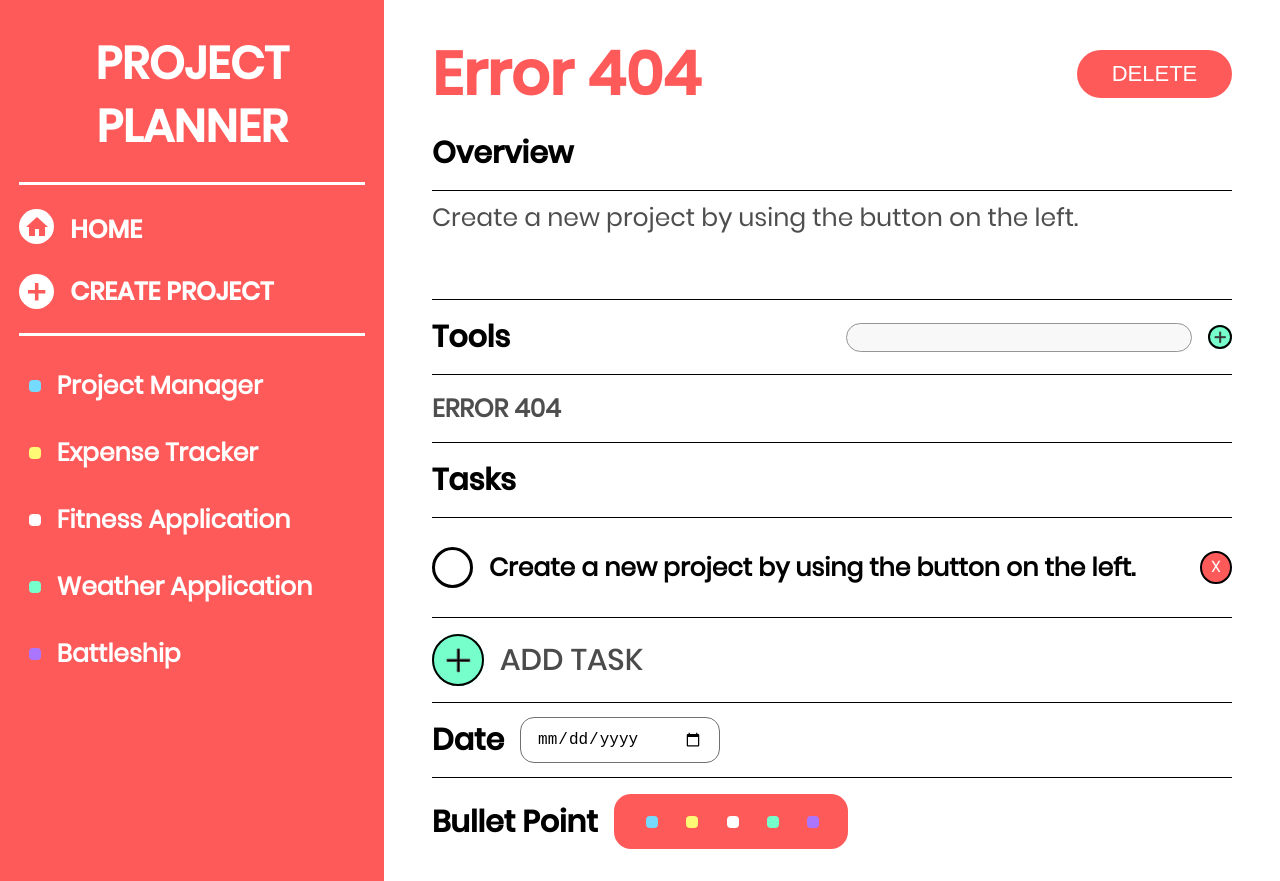
Repository: AzharMoosa/project-manager
Page: /project
These files come from the project's save history. The page is drawn as it stood at one moment and after a run of saves; the edit follows.
The browser window is 1280 px wide. The pictures show the whole page.
The project was rebuilt for these pictures with package versions that can differ from the ones it lists, and the page was loaded fresh each time. A package was used in the major version that the imports need, not the one package.json lists. Also part of the build but not shown: src/components/home/ProgressBar.js, src/components/home/ProjectProgress.js, src/components/home/Home.js.

Above is the page before, as saved 2020-06-25 14:07:08.

### public/index.html
<!DOCTYPE html>
<html lang="en">
  <head>
    <meta charset="utf-8" />
    <link rel="icon" href="%PUBLIC_URL%/favicon.ico" />
    <meta name="viewport" content="width=device-width, initial-scale=1" />
    <meta name="theme-color" content="#000000" />
    <meta
      name="description"
      content="Web site created using create-react-app"
    />
    <link rel="apple-touch-icon" href="%PUBLIC_URL%/logo192.png" />

    <link rel="manifest" href="%PUBLIC_URL%/manifest.json" />

    <title>Project Planner</title>
  </head>
  <body>
    <noscript>You need to enable JavaScript to run this app.</noscript>
    <div id="root"></div>
  </body>
</html>

### src/App.js
import React from "react";
import Sidebar from "./components/sidebar/Siebar";
import Main from "./components/Main";
import Modal from "./components/modal/Modal";
import { ProjectProvider } from "./ProjectContext";
import { SelectedProjectProvider } from "./SelectedProjectContext";
import { BrowserRouter } from "react-router-dom";

import "./App.css";

function App() {
  return (
    <BrowserRouter>
      <ProjectProvider>
        <SelectedProjectProvider>
          <div className='container'>
            <Sidebar />
            <Main />
            <Modal />
          </div>
        </SelectedProjectProvider>
      </ProjectProvider>
    </BrowserRouter>
  );
}

export default App;

### src/components/sidebar/Siebar.js
import React from "react";
import Header from "./Header";
import ProjectList from "../project-list/ProjectList";

const Siebar = () => {
  return (
    <div className='sidebar'>
      <Header />
      <ProjectList />
    </div>
  );
};

export default Siebar;

### src/components/Main.js
import React from "react";
import { Switch, Route } from "react-router-dom";
import Home from "./home/Home";
import CurrentProject from "./current-project/CurrentProject";

const Main = () => {
  return (
    <Switch>
      <Route exact path='/' component={Home}></Route>
      <Route exact path='/project' component={CurrentProject}></Route>
    </Switch>
  );
};

export default Main;

### src/components/modal/Modal.js
import React, { useContext, useState } from "react";
import { ProjectContext } from "../../ProjectContext";

const Modal = () => {
  // eslint-disable-next-line
  const [projects, setProjects] = useContext(ProjectContext);
  const [projectTitle, setProjectTitle] = useState("");
  const [projectOverview, setProjectOverview] = useState("");

  const hidePopup = () => {
    let popup = document.querySelector(".create-project-popup");
    popup.classList.add("hide");
  };

  const createProject = (e) => {
    if (projectTitle === "") {
      return;
    }
    e.preventDefault();
    let newProject = {
      name: projectTitle,
      overview: projectOverview,
      tools: [],
      progress: 0,
      tasks: [],
      color: "white",
      date: "",
      id: Math.floor(Math.random() * 100),
    };
    setProjects((projects) => [...projects, newProject]);
    setProjectTitle("");
    setProjectOverview("");
    clearTitleInput();
    clearOverviewInput();
    hidePopup();
  };

  const clearTitleInput = () => {
    let titleInput = document.querySelector(".title-input");
    titleInput.value = "";
  };

  const clearOverviewInput = () => {
    let overviewInput = document.querySelector(".overview-input");
    overviewInput.value = "";
  };

  return (
    <div className='create-project-popup hide'>
      <div className='create-project-popup-content'>
        <h1>CREATE PROJECT</h1>
        <form className='form-input'>
          <label htmlFor='title'>PROJECT TITLE</label>
          <input
            type='text'
            onChange={(e) => setProjectTitle(e.target.value)}
            className='title-input'
          />
          <label htmlFor='title'>PROJECT OVERVIEW</label>
          <textarea
            type='text'
            onChange={(e) => setProjectOverview(e.target.value)}
            className='overview-input'
          />
          <button className='create-btn' onClick={createProject}>
            CREATE
          </button>
        </form>
      </div>
    </div>
  );
};

export default Modal;

### src/ProjectContext.js
import React, { useState, createContext } from "react";

export const ProjectContext = createContext();

export const ProjectProvider = (props) => {
  const [projects, setProjects] = useState([
    {
      name: "Project Manager",
      overview:
        "A project management application which allows you to plan personal projects and track its progress.  Create detail plans of projects before developing projects.",
      tools: ["HTML", "CSS", "JAVASCRIPT", "REACT"],
      progress: 57,
      tasks: [
        { task: "Create Project Plans", complete: true, id: 1 },
        { task: "Todo List for Each Project", complete: false, id: 2 },
        { task: "Track Progress", complete: true, id: 3 },
        { task: "Priority List", complete: true, id: 4 },
        { task: "Choose Tools In Each Project", complete: false, id: 5 },
        { task: "Clean And Simple Design", complete: true, id: 6 },
        { task: "Use REACT", complete: false, id: 7 },
      ],
      color: "blue",
      date: "2020-06-26",
      id: 28392,
    },

    {
      name: "Expense Tracker",
      overview:
        "A expense tracker application which allows you to budget and track your savings.  Track what expenses you have.",
      tools: ["HTML", "CSS", "JAVASCRIPT", "REACT"],
      progress: 60,
      tasks: [
        { task: "Expenses In And Out", complete: true, id: 1 },
        { task: "Current Balance", complete: false, id: 2 },
        { task: "Highest Money Out", complete: true, id: 3 },
        { task: "Clean And Simple Design", complete: true, id: 4 },
        { task: "Use REACT", complete: false, id: 5 },
      ],
      color: "yellow",
      date: "",
      id: 2032,
    },

    {
      name: "Fitness Application",
      overview:
        "A fitness application which can track workouts and meal plans. Plan exercise routines and meal plans all in one hub.",
      tools: [
        "HTML",
        "CSS",
        "JAVASCRIPT",
        "REACT",
        "NODEJS",
        "EXPRESS",
        "MONGODB",
      ],
      progress: 50,
      tasks: [
        { task: "Exercise Plan", complete: true, id: 1 },
        { task: "Diet Plan", complete: false, id: 2 },
        { task: "Clean And Simple Design", complete: true, id: 3 },
        { task: "Use REACT", complete: false, id: 4 },
      ],
      color: "white",
      date: "2020-09-30",
      id: 203234,
    },

    {
      name: "Weather Application",
      overview:
        "A weather application which can track weather and climate. See weather and climate for different locations all around the world.",
      tools: ["HTML", "CSS", "JAVASCRIPT", "REACT", "ADOBE XD"],
      progress: 50,
      tasks: [
        { task: "Weather", complete: true, id: 1 },
        { task: "Temp, Humidity, Pressure", complete: false, id: 2 },
        { task: "Clean And Simple Design", complete: true, id: 3 },
        { task: "Use REACT", complete: false, id: 4 },
      ],
      color: "green",
      date: "2020-16-12",
      id: 20327734,
    },

    {
      name: "Battleship",
      overview: "Battleship created in REACT and using Javascript Testing.",
      tools: ["HTML", "CSS", "JAVASCRIPT", "REACT", "ADOBE XD", "JEST"],
      progress: 100,
      tasks: [
        { task: "Battleship Game", complete: true, id: 1 },
        { task: "Using Testing", complete: true, id: 2 },
        { task: "Clean And Simple Design", complete: true, id: 3 },
        { task: "Use REACT", complete: true, id: 4 },
      ],
      color: "purple",
      date: "",
      id: 2027734,
    },
  ]);

  return (
    <ProjectContext.Provider value={[projects, setProjects]}>
      {props.children}
    </ProjectContext.Provider>
  );
};

### src/SelectedProjectContext.js
import React, { useState, createContext } from "react";

export const SelectedProjectContext = createContext();

export const SelectedProjectProvider = (props) => {
  const [selectedProject, setSelectedProject] = useState({
    name: "Error 404",
    overview: "Create a new project by using the button on the left.",
    tools: ["Error 404"],
    progress: 0,
    tasks: [
      {
        task: "Create a new project by using the button on the left.",
        id: 1,
        complete: false,
      },
    ],
    color: "",
    date: "",
    id: 21,
  });

  return (
    <SelectedProjectContext.Provider
      value={[selectedProject, setSelectedProject]}
    >
      {props.children}
    </SelectedProjectContext.Provider>
  );
};

### src/App.css
:root {
  --red: #ff5a5a;
  --green: #76ffca;
  --blue: #76daff;
  --yellow: #fffa76;
  --purple: #ab76ff;
}

/* CSS RESET */

* {
  margin: 0;
  padding: 0;
  box-sizing: border-box;
}

/* Fonts */

@font-face {
  font-family: "Poppins-Med";
  src: url("./fonts/Poppins-Medium.ttf");
}

@font-face {
  font-family: "Poppins-Reg";
  src: url("./fonts/Poppins-Regular.ttf");
}

/* Body */

body {
  font-family: "Poppins-Reg";
  line-height: 1.4;
}

/* Utilities */

/* Bullet Points */

.white:before,
.blue:before,
.yellow:before,
.green:before,
.purple:before {
  content: " ";
  height: 12px;
  width: 12px;
  margin-right: 1rem;
  border-radius: 4px;
}

.blue:before {
  background-color: var(--blue);
}

.yellow:before {
  background-color: var(--yellow);
}

.green:before {
  background-color: var(--green);
}

.purple:before {
  background-color: var(--purple);
}

.white:before {
  background-color: #fff;
}

/* Container */
.container {
  display: flex;
}

/* Sidebar */
.sidebar {
  width: 30vw;
  background-color: var(--red);
  min-height: 100vh;
  color: #fff;
}

.title {
  font-size: 45px;
  font-family: "Poppins-Med";
  text-align: center;
  padding-top: 2rem;
}

.nav-btns::after,
.nav-btns:before {
  content: " ";
  display: block;
  border-bottom: 3px solid #fff;
  width: 100%;
  margin: 1.5rem auto;
}

.nav-btns {
  width: 90%;
  margin: auto;
}

.home-btn,
.create-project-btn {
  display: flex;
  align-items: center;
  margin-top: 1.5rem;
}

.home-btn h3,
.create-project-btn h3 {
  margin-left: 1rem;
  font-family: "Poppins-Med";
  font-size: 25px;
}

.home-btn svg,
.create-project-btn svg {
  cursor: pointer;
}

/* Home */

.home {
  width: 70vw;
  display: flex;
  flex-direction: column;
}

.home-title {
  font-size: 80px;
  font-family: "Poppins-Med";
  color: var(--red);
  text-align: center;
  margin-top: 1rem;
}

.home-title:after {
  content: " ";
  display: block;
  border-bottom: 5px solid var(--red);
  width: 342px;
  margin: 0 auto 1.5rem auto;
}

/* Selected Project */

.selected-project {
  width: 70vw;
  display: flex;
  flex-direction: column;
  padding: 2rem 3rem;
}

.selected-project-head {
  display: flex;
  align-items: center;
  justify-content: space-between;
}

.selected-project-title {
  color: var(--red);
  font-size: 60px;
  font-family: "Poppins-Med";
}

.selected-project h3 {
  font-size: 30px;
  font-family: "Poppins-Med";
  margin-top: 1rem;
}

.selected-project-heading:after,
.tools:before {
  content: " ";
  display: block;
  border-bottom: 1px solid #000;
  padding: 0.5rem 0;
}

.overview {
  color: #4e4e4e;
  font-size: 25px;
  font-family: "Poppins-Reg";
  padding: 0.5rem 0;
  outline: none;
  border: none;
  resize: none;
}

.tools-head {
  display: flex;
  justify-content: space-between;
  align-items: center;
  border-bottom: 1px solid #000;
  padding-bottom: 1rem;
}

.tools-input {
  margin-top: 1rem;
  display: flex;
  justify-content: center;
  align-items: center;
}

.add-tools {
  width: 346px;
  height: 29px;
  background-color: #f8f8f8;
  border: 1px solid #959595;
  border-radius: 15px;
  margin-right: 1rem;
  font-size: 15px;
  outline: none;
  padding: 0 1rem;
}

.add-tool-btn {
  cursor: pointer;
}

.tools-body {
  text-transform: uppercase;
  border-bottom: 1px solid #000;
}

.tools-body h3 {
  font-family: "Poppins-Reg";
  padding-bottom: 1rem;
  color: #4e4e4e;
  font-size: 25px;
}

.tasks-title {
  display: flex;
  align-items: center;
  border-bottom: 1px solid #000;
  padding-bottom: 1rem;
}

.bullet-point {
  border-radius: 50%;
  width: 41px;
  height: 41px;
  border: 3px solid #000;
  cursor: pointer;
  margin-right: 1rem;
}

.complete {
  background: var(--blue);
}

.not-complete {
  background: #fff;
}

.task {
  display: flex;
  justify-content: space-between;
  align-items: center;
}

.task-name {
  width: 100%;
  display: flex;
  align-items: center;
}

.task-name h3 {
  font-size: 25px;
  font-family: "Poppins-Reg";
  margin-bottom: 1rem;
}

.tasks {
  margin: 1rem 0;
}

.delete-task-btn {
  cursor: pointer;
  border-radius: 50%;
  width: 33px;
  height: 33px;
  border: 2px solid #000;
  cursor: pointer;
  background-color: var(--red);
  color: #fff;
  display: flex;
  justify-content: center;
  align-items: center;
}

.add-tasks {
  border-top: 1px solid #000;
  border-bottom: 1px solid #000;
  padding: 1rem 0;
  display: flex;
  align-items: center;
}

.add-tasks input {
  background: transparent;
  font-family: "Poppins-Med";
  border: none;
  font-size: 30px;
  outline: none;
  color: #000;
  margin-left: 1rem;
}

.add-tasks input::placeholder {
  color: #000;
  opacity: 0.7;
}

.add-tasks-btn {
  cursor: pointer;
  outline: none;
}

.date {
  display: flex;
  align-items: center;
  border-bottom: 1px solid #000;
}

.date h3 {
  margin-bottom: 1rem;
  margin-right: 1rem;
}

.date input {
  width: 200px;
  height: 46px;
  border-radius: 14px;
  border: 1px solid #707070;
  padding: 0 1rem;
  font-size: 16px;
}

.bullet-point-selector {
  display: flex;
  align-items: center;
}

.bullet-point-selector-bg {
  width: 234px;
  height: 55px;
  background-color: var(--red);
  margin-left: 1rem;
  margin-top: 1rem;
  display: flex;
  align-items: center;
  justify-content: space-between;
  padding-left: 2rem;
  border-radius: 17px;
}

/* Project Sidebar List */

.project-side {
  width: 85%;
  margin: 2rem auto;
  display: flex;
  align-items: center;
  cursor: pointer;
}

.project-side h3 {
  font-size: 25px;
}

/* Progress Bar */
.progressbar {
  width: 90%;
  background-color: #fff;
  border: 2px solid #2f2f2f;
  border-radius: 17px;
  margin: 0 auto 2rem auto;
}

.progressbar > div {
  background-color: var(--green);
  height: 33px;
  border-radius: 17px;
}

.progressbar > div h3 {
  display: flex;
  justify-content: flex-end;
  align-items: center;
  line-height: 1.8;
  margin-right: 1rem;
}

/* Project List */

.project-title {
  width: 90%;
  margin: 1.2rem auto;
  display: flex;
  justify-content: space-between;
}

.project-title h3 {
  font-size: 25px;
  font-family: "Poppins-Med";
}

.project-title h4 {
  font-size: 20px;
  font-family: "Poppins-Reg";
  color: #505050;
}

/* Create Project Popup */

.hide {
  display: none !important;
}

.create-project-popup {
  display: flex;
  justify-content: center;
  align-items: center;
  position: fixed;
  z-index: 1;
  left: 0;
  top: 0;
  width: 100%;
  height: 100%;
  background-color: rgb(0, 0, 0);
  background-color: rgba(99, 99, 99, 0.6);
}

.create-project-popup-content {
  background-color: var(--red);
  padding: 20px;
  border: 3px solid #343434;
  min-width: 526px;
  min-height: 617px;
  color: #fff;
  -webkit-box-shadow: 10px 10px 6px 0px rgba(0, 0, 0, 0.75);
  -moz-box-shadow: 10px 10px 6px 0px rgba(0, 0, 0, 0.75);
  box-shadow: 10px 10px 6px 0px rgba(0, 0, 0, 0.75);
}

.create-project-popup-content h1 {
  text-align: center;
}

.create-project-popup-content h1:after {
  content: " ";
  display: block;
  border-bottom: 3px solid #fff;
  width: 250px;
  margin: 0 auto 1.5rem auto;
}

.form-input {
  width: 100%;
  display: flex;
  flex-direction: column;
  justify-content: center;
}

.form-input label {
  font-size: 25px;
  font-family: "Poppins-Med";
}

.form-input input {
  height: 46px;
  background-color: transparent;
  border: 2px solid #fff;
  outline: none;
  color: #fff;
  font-size: 21px;
  padding: 0 0.5rem;
  width: 100%;
  margin-bottom: 2rem;
}

.form-input textarea {
  height: 202px;
  background-color: transparent;
  border: 2px solid #fff;
  outline: none;
  color: #fff;
  font-size: 21px;
  padding: 0.5rem 0.5rem;
  width: 100%;
  margin-bottom: 2rem;
  font-family: "Poppins-Reg";
}

.create-btn {
  background-color: var(--green);
  width: 155px;
  height: 48px;
  border-radius: 24px;
  border: none;
  font-size: 22px;
  margin: 2rem auto 0 auto;
  cursor: pointer;
  outline: none;
}

.delete-btn {
  background-color: var(--red);
  width: 155px;
  height: 48px;
  border-radius: 24px;
  border: none;
  font-size: 22px;
  cursor: pointer;
  outline: none;
  color: #fff;
}

### src/components/sidebar/Header.js
import React, { useContext } from "react";
import { SelectedProjectContext } from "../../SelectedProjectContext";
import { ProjectContext } from "../../ProjectContext";
import { Link } from "react-router-dom";

const Header = () => {
  // eslint-disable-next-line
  const [selectedProject, setSelectedProject] = useContext(
    SelectedProjectContext
  );

  const [projects, setProjects] = useContext(ProjectContext);

  const updateProjects = () => {
    let updatedArray = [...projects];
    let i;
    updatedArray.map((p) =>
      p.name === selectedProject.name ? (i = projects.indexOf(p)) : null
    );
    updatedArray[i] = selectedProject;
    setProjects(updatedArray);
  };

  const displayPopup = () => {
    let popup = document.querySelector(".create-project-popup");
    popup.classList.remove("hide");
  };

  return (
    <div>
      <h1 className='title'>PROJECT PLANNER</h1>
      <div className='nav-btns'>
        <div className='home-btn'>
          <Link to='/'>
            <svg
              xmlns='http://www.w3.org/2000/svg'
              width='35'
              height='35'
              viewBox='0 0 35 35'
              onClick={updateProjects}
            >
              <g
                id='Home_Btn'
                data-name='Home Btn'
                transform='translate(-139 -182)'
              >
                <circle
                  id='Ellipse_1'
                  data-name='Ellipse 1'
                  cx='17.5'
                  cy='17.5'
                  r='17.5'
                  transform='translate(139 182)'
                  fill='#fff'
                />
                <path
                  id='icons8-home'
                  d='M12,2.1,1,12H4v9h6V14h4v7h6V12h3Z'
                  transform='translate(145 187.9)'
                  fill='#ff5a5a'
                />
              </g>
            </svg>
          </Link>
          <h3>HOME</h3>
        </div>

        <div className='create-project-btn'>
          <svg
            xmlns='http://www.w3.org/2000/svg'
            width='35'
            height='35'
            viewBox='0 0 35 35'
            onClick={displayPopup}
          >
            <g id='Group_6' data-name='Group 6' transform='translate(-50 -242)'>
              <circle
                id='Ellipse_2'
                data-name='Ellipse 2'
                cx='17.5'
                cy='17.5'
                r='17.5'
                transform='translate(50 242)'
                fill='#fff'
              />
              <path
                id='icons8-plus'
                d='M8.922,2V8.922H2v1.538H8.922v6.922h1.538V10.461h6.922V8.922H10.461V2Z'
                transform='translate(58 250)'
                fill='#ff5a5a'
                stroke='#ff5a5a'
                strokeWidth='2'
                fillRule='evenodd'
              />
            </g>
          </svg>
          <h3>CREATE PROJECT</h3>
        </div>
      </div>
    </div>
  );
};

export default Header;

### src/components/project-list/ProjectList.js
import React, { useContext } from "react";
import { ProjectContext } from "../../ProjectContext";
import ProjectSide from "./ProjectSide";

const ProjectList = () => {
  // eslint-disable-next-line
  const [projects, setProjects] = useContext(ProjectContext);

  return (
    <div>
      {projects.map((project) => (
        <ProjectSide
          name={project.name}
          color={project.color}
          key={project.id}
          project={project}
        />
      ))}
    </div>
  );
};

export default ProjectList;

### src/components/project-list/ProjectSide.js
import React, { useContext } from "react";
import { SelectedProjectContext } from "../../SelectedProjectContext";
import { ProjectContext } from "../../ProjectContext";
import { Link } from "react-router-dom";

const Project = ({ name, color, project }) => {
  // eslint-disable-next-line
  const [selectedProject, setSelectedProject] = useContext(
    SelectedProjectContext
  );

  const [projects, setProjects] = useContext(ProjectContext);

  const updateProjects = () => {
    let updatedArray = [...projects];
    let i;
    updatedArray.map((p) =>
      p.name === selectedProject.name ? (i = projects.indexOf(p)) : null
    );
    updatedArray[i] = selectedProject;
    setProjects(updatedArray);
  };

  return (
    <Link to='/project' style={{ textDecoration: "none", color: "#fff" }}>
      <div className={`project-side ${color}`}>
        <h3
          onClick={() => {
            updateProjects();
            setSelectedProject(project);
          }}
        >
          {name}
        </h3>
      </div>
    </Link>
  );
};

export default Project;

### src/components/current-project/Task.js
import React from "react";

const Task = ({ task, toggleComplete, id, deleteTask }) => {
  return (
    <div className='task'>
      <div className='task-name'>
        <div
          id={id}
          onClick={toggleComplete}
          className={`bullet-point ${
            task.complete ? "complete" : "not-complete"
          }`}
        ></div>
        <h3>{task.task}</h3>
      </div>
      <div className='delete-task-btn' onClick={deleteTask} id={id}>
        X
      </div>
    </div>
  );
};

export default Task;

Loaded but not shown: src/index.js (common file); src/components/current-project/CurrentProject.js (277 lines, source omitted)

After the next 4 saves:
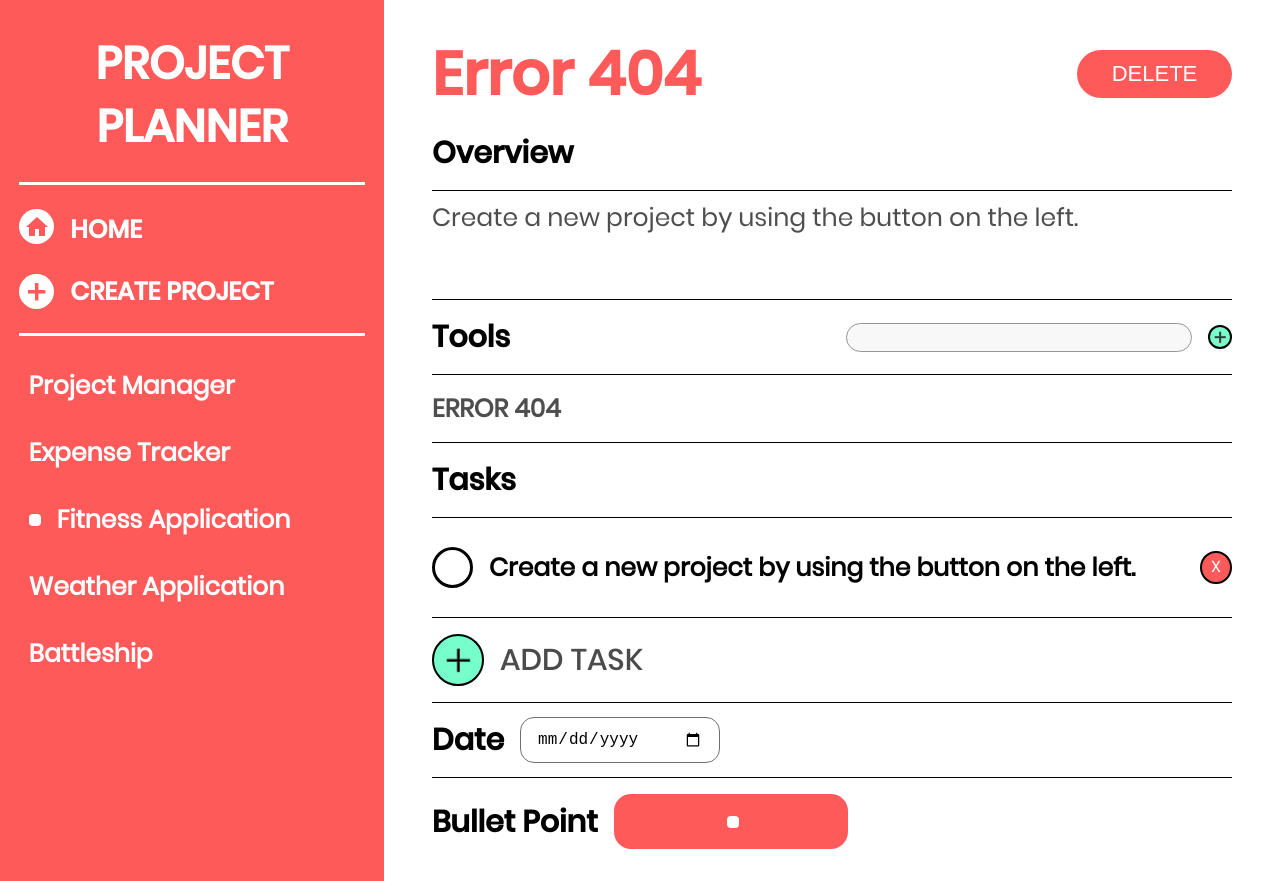
The 4 saves are shown as one change because they came seconds apart.
The last was saved 100 s later.
--- a/src/App.css
+++ b/src/App.css
@@ -37,32 +37,12 @@ body {
 
 /* Bullet Points */
 
-.white:before,
-.blue:before,
-.yellow:before,
-.green:before,
-.purple:before {
+.white:before {
   content: " ";
   height: 12px;
   width: 12px;
   margin-right: 1rem;
   border-radius: 4px;
-}
-
-.blue:before {
-  background-color: var(--blue);
-}
-
-.yellow:before {
-  background-color: var(--yellow);
-}
-
-.green:before {
-  background-color: var(--green);
-}
-
-.purple:before {
-  background-color: var(--purple);
 }
 
 .white:before {
